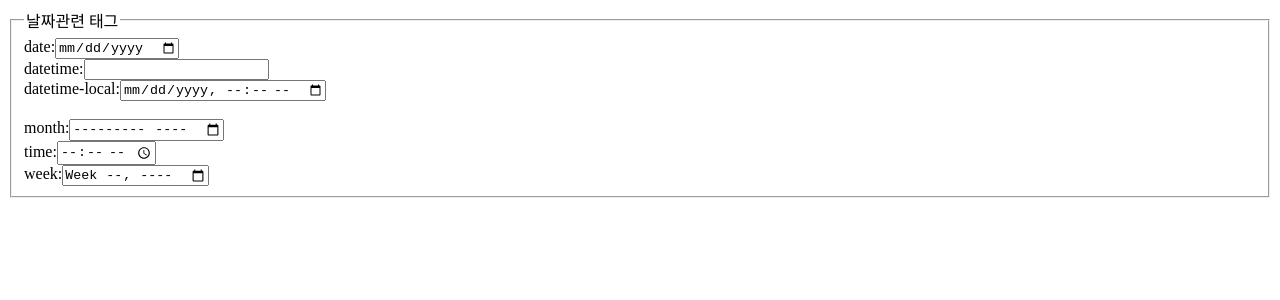
Repository: daehyeonhong/HTML
Page: ch03/WebContent/date관련태그.html
The author's editor kept a copy of each file at every save. The page is drawn from the files as they stood at one save, then again after the next save.
The browser window is 1280 px wide. The pictures show the whole page.

Above is the page before, as saved 2020-05-18 07:23:29.

After the next save:
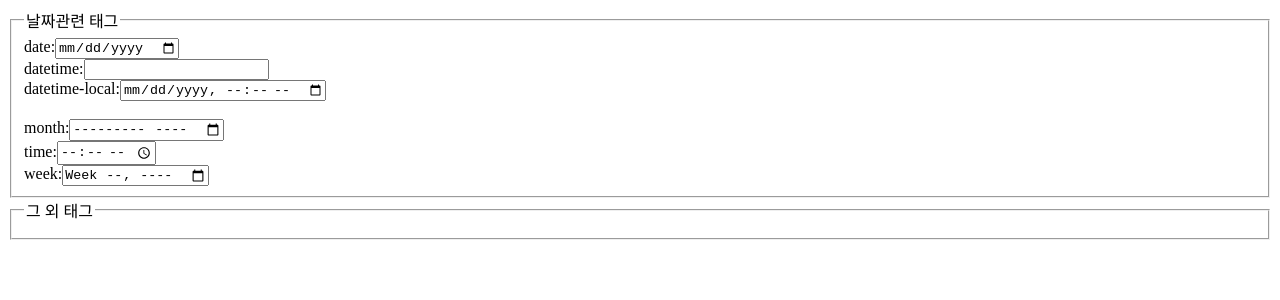
Saved 32 s later.
--- a/ch03/WebContent/date관련태그.html
+++ b/ch03/WebContent/date관련태그.html
@@ -18,5 +18,7 @@
 				type="time"><br> week:<input type="week"><br>
 	</form>
 	</fieldset>
+	<fieldset><legend>그 외 태그</legend>
+	</fieldset>
 </body>
 </html>
